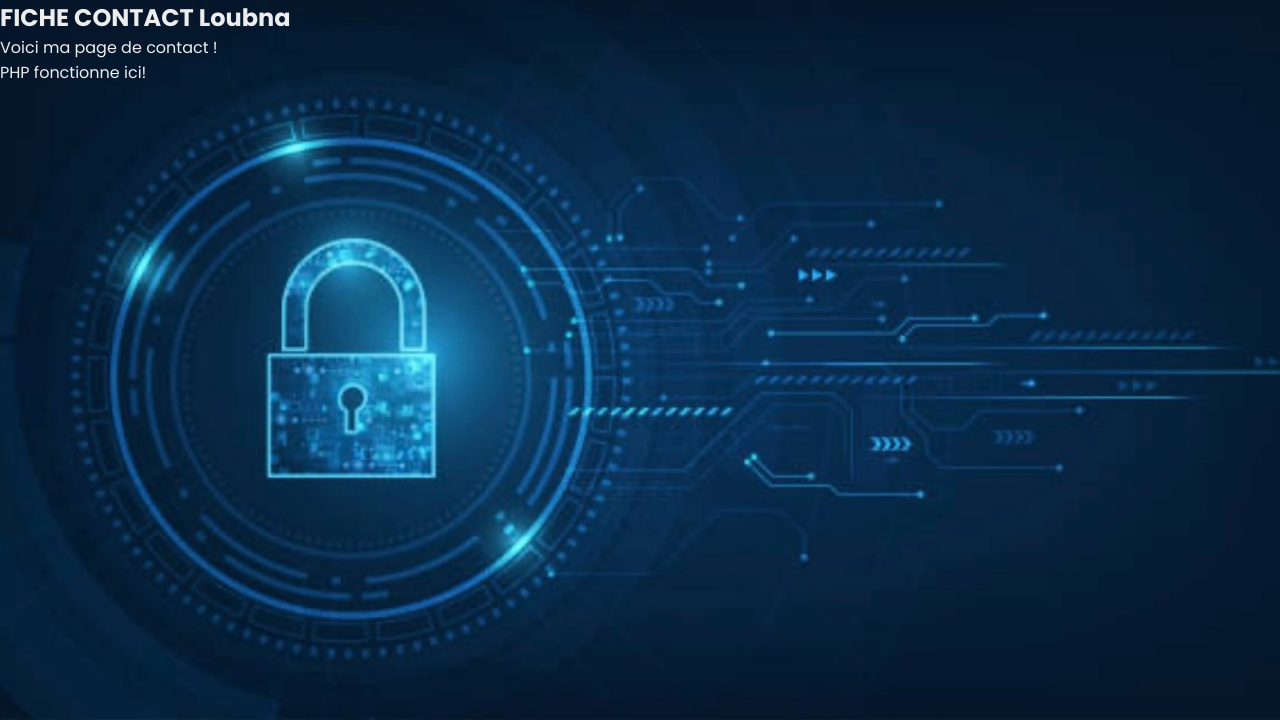
Repository: Loubna77290/Portfolio-de-Loubna
Page: http://localhost/contact.php
The author's editor kept a copy of each file at every save. The page is drawn from the files as they stood at one save, then again after the next save.
The browser window is 1280 px wide. The pictures show the whole page.
The page is run by PHP 8.4 with error messages shown; the project is at /var/www/html/.

Above is the page before, as saved 2025-03-10 01:13:38.

### contact.php
<!DOCTYPE html>
<html lang="en">
<head>
    <meta charset="UTF-8">
    <meta name="viewport" content="width=device-width, initial-scale=1.0">
    <title>Fiche contact</title>
    <link rel="stylesheet" href="style.css">
</head>
<body>
    <section class="contact-background">
        <div class="contact-contenu">
        <h1>FICHE CONTACT Loubna</h1>
        <p>Voici ma page de contact !</p>
        <?php
    echo "<p> PHP fonctionne ici!</p>";
    ?>

    </div>
    </section>

</body>
</html>

### style.css
@import url('https://fonts.googleapis.com/css2?family=Poppins:wght@300;400;500;600;700;800;900&display=swap');

* {
    margin: 0;
    padding: 0;
    box-sizing: border-box;
    font-family: 'Poppins', sans-serif;

}

body {
    background: #081b29;
    color: #ededed;

}

.header {
    position:fixed;
    top: 0;
    left:0;
    width: 100%;
    padding: 20px 10px;
    background: transparent;
    display: flex;
    justify-content: space-between;
    align-items: center;
    z-index: 100;
}


.logo {
    position: relative;
    margin-left: 30px;
    font-size: 25px;
    color: #ededed;
    text-decoration: none;
    font-weight: 600;

}

.logo::before {
    content: '';
    position: absolute;
    top: 0;
    right: 0;
    width: 100%;
    height: 100%;
    background: #081b29b6;
    animation: showRight 1s ease forwards;
    animation-delay: .4s;;
}

.navbar a {
    font-size: 18px;
    color: #ededed;
    text-decoration: none;
    font-weight: 500;
    margin-right: 60px;
    justify-content: flex-end;
    transition: .3s;

}

.navbar a:hover,
.navbar a.active {
    color: #00abf0;

}

.accueil {
    height: 100vh;
    background: url(./IMG_7408.jpg) no-repeat center center;
    background-size: cover;
    display: flex;
    align-items: center;
    padding: 0 10%;
}

.accueil-contenu {
    background: transparent;
    max-width: 600px;


    }

.accueil-contenu h2 {
    font-size: 45px;
    font-weight: 700;
    line-height: 1.2;
    white-space: nowrap;
}

.accueil-contenu h2::before {
    content: '';
    position: absolute;
    top: 0;
    right: 0;
    width: 100%;
    height: 100%;
    background: #081b29;
    animation: showRight 1s ease forwards;
    animation-delay: 1s;
}

.accueil-contenu h3 {
    font-size: 30px;
    font-weight: 600;
    color: #0ff;

}

.accueil-contenu p {
    font-size: 16px;
    margin: 20px  0 40px;
    line-height: 1.2;
}

.accueil-contenu .btn-box {
    position: relative;
    display: flex;
    justify-content: space-between;
    width: 380px;
    height: 60px;

}

.accueil-contenu .btn-box::before {
    content: '';
    position: absolute;
    top: 0;
    right: 0;
    width: 100%;
    height: 100%;
    background: #081b294d;
    animation: showRight 1s ease forwards;
    animation-delay: 1.9s;
    z-index: 2;
}

.btn-box a {
    position: relative;
    display: inline-flex;
    justify-content: center;
    align-items: center;
    width: 150px;
    height: 110%;
    background: #00abf0;
    border: 2px solid #00abf0;
    border-radius: 8px;
    font-size: 19px;
    color: #081b29;
    text-align: center;
    text-decoration: none;
    font-weight: 600;
    letter-spacing: 1px;
    z-index: 1;
    overflow: hidden;
    transition: .5s;
}

.btn-box a:hover {
    color: #00abf0;

}

.btn-box a:nth-child(2) {
    background: transparent;
    color:#00abf0
}

.btn-box a:nth-child(2):hover {
    color:#081b29;
}


.btn-box a:nth-child(2)::before {
    background: #00abf0;
    }

.btn-box a::before {
    content: '';
    position: absolute;
    top: 0;
    left: 0;
    width: 0;
    height: 100%;
    background: #081b29;
    z-index: -1;
    transition: .5s;
}

.btn-box a:hover::before {
    width: 100%;
    }

.home-sci {
    position: absolute;
    bottom: 1px;
    width: 150px;
    display: flex;
    justify-content: space-between;
}

.home-sci::before {
    content: '';
    position: absolute;
    top: 0;
    right: 0;
    width: 100%;
    height: 100%;
    background: #081b29;
    animation: showRight 1s ease forwards;
    animation-delay: 2.5s;
    z-index: 2;
}

.home-sci a {
    position: relative;
    display: inline-flex;
    justify-content: center;
    align-items: center;
    width: 40px;
    height: 40px;
    background: transparent;
    border: 2px solid #00abf0;
    border-radius: 50%;
    font-size: 20px;
    text-decoration: none;
    z-index: 1;
    overflow: hidden;
    transition: .5s;
    color: #00abf0;
}

.home-sci a:hover {
    color: #081b29;

}
.home-sci a::before {
    content: '';
    position: absolute;
    top: 0;
    left: 0;
    width: 0;
    height: 100%;
    background:#00abf0;
    transition: .5s;
    z-index: -1;
}

.home-sci a:hover::before {
    width: 100%;
}

/* KEYFRAMES ANIMATION */
@keyframes showRight {
    100% {
        width: 0;
    }
}

.contact-background  {
    background: url('IMG_7400.jpg');
    height: 100vh;
    background-size: cover;
    display: flex;
}


.footer-background  {
    position: relative;
    background: url('IMG_7400.jpg');
    height: 100vh;
    background-size: cover;
    display: flex;
    align-items: flex-end;
    justify-content: center;
}

.contenu-footer {
    color: #ededed;
    position: absolute;

}
.contenu-footer p {
    color: rgb(169, 236, 238);
    font-weight: 200;
    font-size: 15px;
}

After the next save:
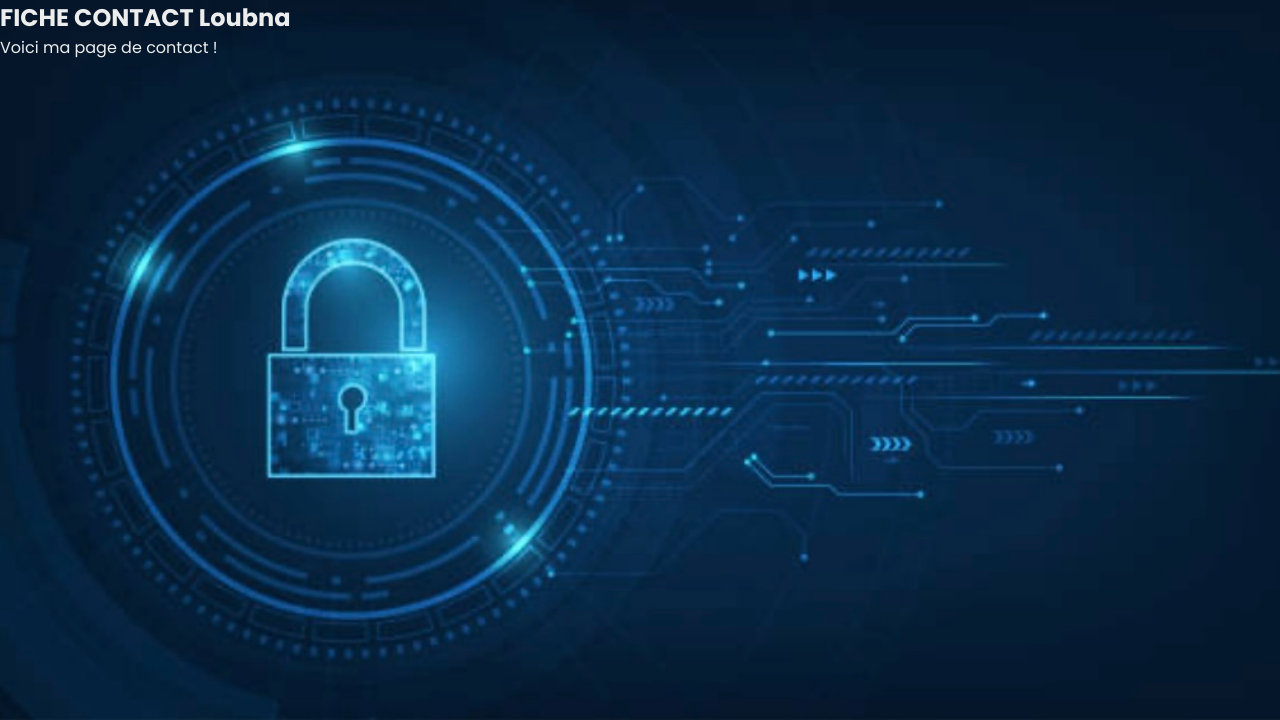
Saved 11 min 40 s later.
--- a/contact.php
+++ b/contact.php
@@ -12,7 +12,8 @@
         <h1>FICHE CONTACT Loubna</h1>
         <p>Voici ma page de contact !</p>
         <?php
-    echo "<p> PHP fonctionne ici!</p>";
+        mail("loubnamelakia@gmail.com","essai","coucou loubna!","");
+
     ?>
 
     </div>
